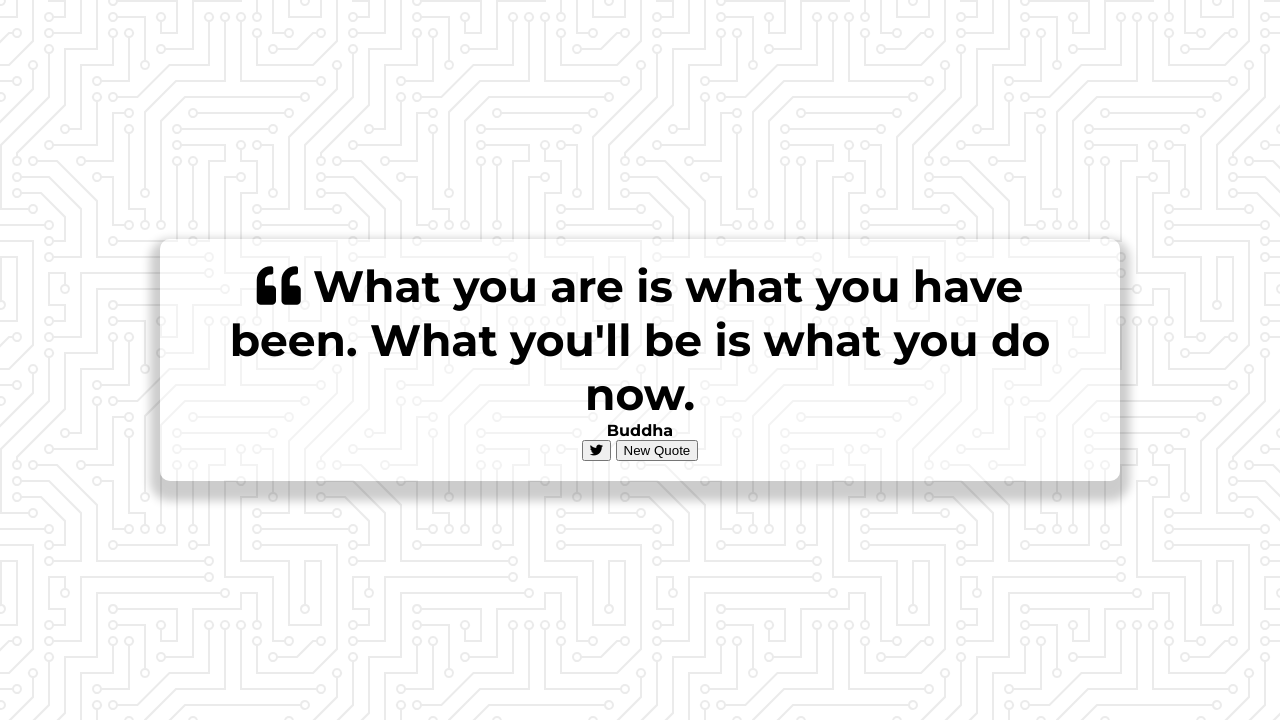
Repository: Badynko/quote-generator
Page: index.html
An editor plug-in stored every save of this project. The page is shown before and after the next save, followed by the edit.
The browser window is 1280 px wide. The pictures show the whole page.
Some web libraries are served in a nearby version.

Above is the page before, as saved 2024-05-08 18:33:23.

### index.html
<!DOCTYPE html>
<html lang="en">
  <head>
    <meta charset="UTF-8" />
    <meta http-equiv="Permissions-Policy" content="interest-cohort=()" />
    <meta name="viewport" content="width=device-width, initial-scale=1.0" />
    <title>Template</title>
    <link rel="icon" type="image/png" href="favicon.png" />

    <link
      rel="stylesheet"
      href="https://cdnjs.cloudflare.com/ajax/libs/font-awesome/5.10.2/css/all.min.css"
    />
    <link rel="stylesheet" href="style.css" />
  </head>
  <body>
    <div class="quote-container" id="quote-container">
      <!-- Quote -->
      <div class="quote-text">
        <i class="fas fa-quote-left"></i>
        <span id="quote">
          What you are is what you have been. What you'll be is what you do now.
        </span>
      </div>
      <!-- Author -->
      <div class="quote-author">
        <span id="author">Buddha</span>
      </div>
      <!-- Buttons -->
      <div class="button-container">
        <button class="twitter-button" id="twitter" title="Tweet This!">
          <i class="fab fa-twitter"></i>
        </button>
        <button id="new-quote">New Quote</button>
      </div>
    </div>
    <!-- Script -->
    <script src="script.js"></script>
  </body>
</html>

### style.css
@import url("https://fonts.googleapis.com/css2?family=Montserrat:ital,wght@0,100..900;1,100..900&display=swap");

html {
  box-sizing: border-box;
}

body {
  margin: 0;
  min-height: 100vh;
  background-color: #ffffff;
  background-image: url("data:[embedded picture, 5330 characters]");
  color: #000;
  font-family: Montserrat, sans-serif;
  font-weight: 700;
  text-align: center;
  display: flex;
  align-items: center;
  justify-content: center;
}

.quote-container {
  width: auto;
  max-width: 900px;
  padding: 20px 30px;
  border-radius: 10px;
  background-color: rgba(255, 255, 255, 0.4);
  box-shadow: 0 10px 10px 10px rgba(0, 0, 0, 0.2);
}

.quote-text {
  font-size: 2.75rem;
}

Loaded but not shown: script.js (empty)

After the next save:
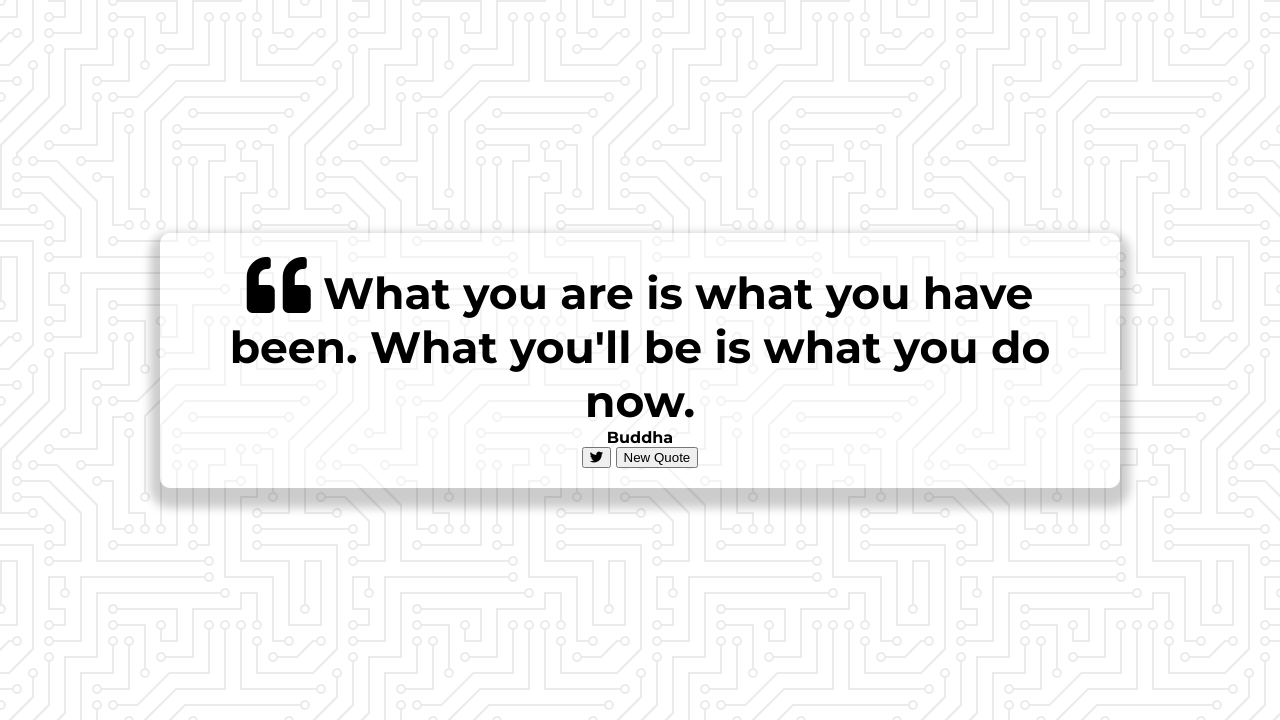
Saved 85 s later.
--- a/style.css
+++ b/style.css
@@ -30,3 +30,11 @@ body {
 .quote-text {
   font-size: 2.75rem;
 }
+
+.long-quote {
+  font-size: 2rem;
+}
+
+.fa-quote-left {
+  font-size: 4rem;
+}
